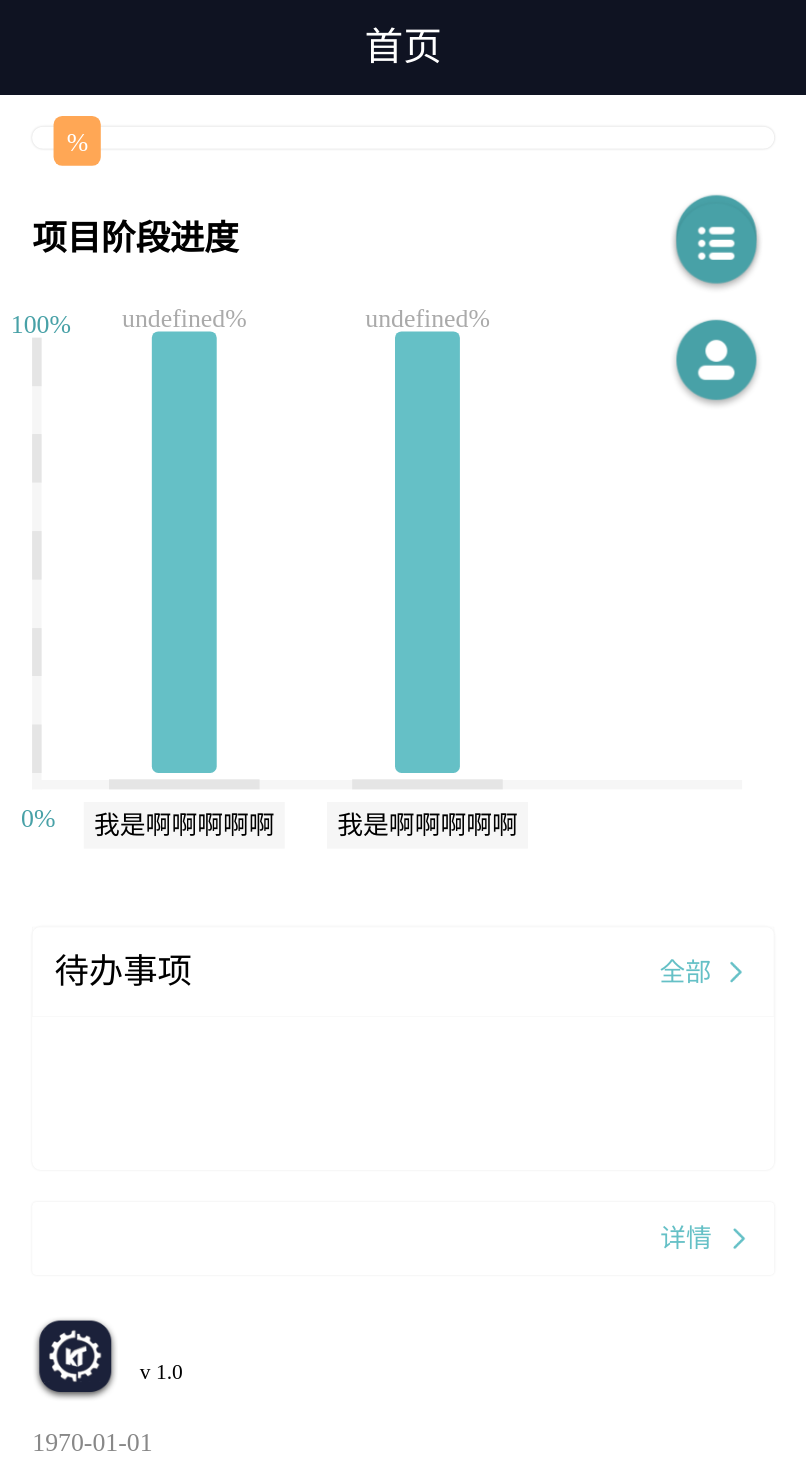
Repository: 421538074/idash.top
Page: index.html
The author's editor kept a copy of each file at every save. The page is drawn from the files as they stood at one save, then again after the next save.
The browser window is 1280 px wide. The pictures show the whole page, at 63% of full size.
The page's requests for data from a server got no answer.

Above is the page before, as saved 2019-05-20 17:30:21.

### index.html
<!DOCTYPE html>
<html lang="en">

<head>
    <meta charset="UTF-8">
    <meta content="width=device-width, initial-scale=1.0, maximum-scale=1.0, user-scalable=0;" name="viewport" />
    <meta http-equiv="X-UA-Compatible" content="ie=edge">
    <title>客户查询系统</title>
    <link rel="stylesheet" href="css/components.css">
    <link rel="stylesheet" href="css/reset.css">
    <link rel="stylesheet" href="css/index.css?v=1.0.0">
</head>

<body>
    <div id="app" v-cloak>
        <div class="index_header">
            <span>首页</span>
        </div>
        <cy-bar :num="rate +'%'"></cy-bar>
        <div class="sheet">
            <h4>项目阶段进度</h4>
            <div id="project-progress">
                <cp-cylind :percent-list="percentList" @go-detail="goDetail(arguments)"></cp-cylind>
            </div>
        </div>

        <div class="nav">
            <div class="nav_top">
                <p v-cloak>待办事项</p>
                <div class="nav_top_more" @click="projectDetail">
                    <span>全部</span>
                    <img src="img/右.png" alt="">
                </div>
            </div>
            <div class="nav_bot">
                <ul class="uu">
                    <li class="lis" v-for="(item,index) in arr">
                        <span></span>
                        <span class="liSpan" v-cloak>【{{item.process}}】<i>{{item.handle_status==1?"待处理":"完成"}}</i>-{{item.question}}</span>
                    </li>
                </ul>
                <div class="index_one">暂无待办事项</div>
            </div>
        </div>
        <div class="project-info-wrapper">
            <p class="project-title" v-cloak>{{title}}</p>
            <a href="javascript:;" @click="goInfo" class="project-detail">详情</a>
            <img src="img/右.png" class="arrow-right">
        </div>
        <div class="content">
            <div class="content_logo">
                <img src="img/logo.png" alt="">
                <span>v 1.0</span>
            </div>
            <p v-cloak>{{title}}</p>
            <p v-cloak>{{end_time | filterTime}}</p>

        </div>

        <div class="content_title" @click="requireChange">
        </div>
        <div class="content_btn">
            <p @click="goIndex"></p>
            <p @click="goUser"></p>
        </div>
    </div>
</body>
<script src="js/jquery.min.js"></script>
<script src="js/development/vue.js"></script>
<script src="js/components.js"></script>
<script src="js/api.js"></script>
<script src="js/index.js"></script>
<script src="http://res.wx.qq.com/open/js/jweixin-1.2.0.js"></script>
</html>

### css/components.css
* {
    -webkit-box-sizing: border-box;
    box-sizing: border-box;
}

[v-cloak] {
    display: none;
}

html,
body {
    font-size: calc(100vw / 25);
    background-color: #FFFFFF;
}

/**
*根组件app
*/
.container {
    padding: 1rem;
    line-height: 1rem;
}

/**
*返回键
*/
button.cp-back {
    border: none;
    background: url(../img/back1.png) no-repeat;
    background-size: 100%;
    width: 4rem;
    height: 4rem;
    display: -webkit-box;
    display: -ms-flexbox;
    display: flex;
    -webkit-box-align: center;
    -ms-flex-align: center;
    align-items: center;
    -webkit-box-pack: center;
    -ms-flex-pack: center;
    justify-content: center;
    position: fixed;
    left: 1rem;
    bottom: 1rem;
    outline: 0;
}

/**
*tab页
*/
ul.cp-tabbar {
    display: block;
    overflow-x: scroll;
    overflow-y: hidden;
    white-space: nowrap;
}

ul.cp-tabbar::-webkit-scrollbar {
    width: 0;
    height: 0;
}

li.cp-tabbar-item {
    background: #f6f6f6;
    color: #888888;
    padding: 0.8rem 1.2rem;
    border-radius: 0.5rem;
    font-size: 1rem;
    display: inline-block;
}

li.cp-tabbar-item.active {
    background: #65c0c6;
    color: #FFFFFF;
}

li.cp-tabbar-item:not(:first-child) {
    margin-left: 1rem;
}

/**
*项目列表
*/
ul.cp-list::-webkit-scrollbar {
    width: 0;
    height: 0;
}

ul.cp-list {
    height: calc(100vh - 5.2rem);
    overflow: scroll;
    margin-top: 0.2rem;
    padding: 0.2rem;
}

li.cp-list-item {
    display: -webkit-box;
    display: -ms-flexbox;
    display: flex;
    -webkit-box-align: center;
    -ms-flex-align: center;
    align-items: center;
}

img.item-icon {
    width: 2.5em;
}

li.cp-list-item.arrow-right {
    background: url(../img/arrow-right.png) no-repeat;
    background-position: 98%;
    background-size: 0.8em;
    padding: 1em 0.5em;
    -webkit-box-shadow: 0 0 4px 0 rgba(0, 0, 0, 0.20);
    box-shadow: 0 0 4px 0 rgba(0, 0, 0, 0.20);
    border-radius: 0.5em;
    margin-top: 1em;
}

li.cp-list-item:active {
    background-color: #f6f6f6;
}

p.item-title {
    font-size: 1.2em;
    padding-left: 1em;
    overflow: hidden;
    text-overflow: ellipsis;
    line-height: 1.5em;
    white-space: nowrap;
    padding-right: 1em;
}

/**
*柱形图
*/
.cp-cylind {
    width: 100%;
    height: 14em;
    position: relative;
    border: 0.3em solid #f6f6f6;
    border-top: 0;
    border-right: 0;
    border-color: #f6f6f6;
}

.cp-cylind-bottom {
    position: absolute;
    line-height: 0;
    height: 0.3em;
    bottom: -0.2em;
    width: 100%;
}

.cp-cylind-bottom-thumb {
    width: 8%;
    background-color: #e5e5e5;
    height: 100%;
    display: inline-block;
    margin-left: 6%;
}

.cp-cylind-left {
    height: 100%;
    width: 0.3em;
    position: absolute;
    left: -0.3em;
    top: 0;
}

.cp-cylind-left-thumb {
    width: 100%;
    height: 1.5em;
    margin-bottom: 1.5em;
    background: #e5e5e5;
    display: block;
}

span.cp-cylind-per-top {
    position: absolute;
    left: -1.2em;
    z-index: 11;
    top: -1em;
    color: #48A1A7;
    font-size: 0.8em;
    line-height: 1em;
}

span.cp-cylind-per-bottom {
    position: absolute;
    bottom: -2em;
    left: -0.8em;
    color: #48A1A7;
    font-size: 0.8em;
    line-height: 1em;
}

.cp-cylind-chart-scroll-container {
    height: 17em;
    top: -1em;
    position: relative;
    overflow: hidden;
    overflow-x: scroll;
    white-space: nowrap;
}

.cp-cylind-chart-item {
    display: inline-block;
    margin-left: 6%;
    height: 100%;
    text-align: center;
}

.cp-cylind-item-percent {
    height: 100%;
    background: #65C0C6;
    width: 75%;
    border-radius: 0.2em;
    max-width: 8vw;
}

.cp-cylind-item-container {
    height: 14.5em;
    display: flex;
    flex-direction: column;
    justify-content: flex-end;
    align-items: center;
}

.cp-cylind-thumb {
    width: 75%;
    height: 0.3em;
    background: #e5e5e5;
    margin: 0 auto;
    margin-top: 0.2em;

}

.cp-cylind-chart-scroll-container::-webkit-scrollbar {
    width: 0;
    height: 0;
}

.cp-cylind-item-title {
    display: inline-block;
    background: #F6F6F6;
    padding: 0.4em;
    font-size: 0.8em;
    margin-top: 0.5em;
}

span.cp-cylind-item-percent-title {
    font-size: 0.8em;
    color: #AAAAAA;
}

span.cp-cylind-item-percent-title.not-full {
    color: #000000;
}

### css/reset.css
/* http://meyerweb.com/eric/tools/css/reset/
   v2.0 | 20110126
   License: none (public domain)
*/

html,
body,
div,
span,
applet,
object,
iframe,
h1,
h2,
h3,
h4,
h5,
h6,
p,
blockquote,
pre,
a,
abbr,
acronym,
address,
big,
cite,
code,
del,
dfn,
em,
img,
ins,
kbd,
q,
s,
samp,
small,
strike,
strong,
sub,
sup,
tt,
var,
b,
u,
i,
center,
dl,
dt,
dd,
ol,
ul,
li,
fieldset,
form,
label,
legend,
table,
caption,
tbody,
tfoot,
thead,
tr,
th,
td,
article,
aside,
canvas,
details,
embed,
figure,
figcaption,
footer,
header,
hgroup,
menu,
nav,
output,
ruby,
section,
summary,
time,
mark,
audio,
video {
	margin: 0;
	padding: 0;
	border: 0;
	font-size: 100%;
	font: inherit;
	vertical-align: baseline;
}

/* HTML5 display-role reset for older browsers */
article,
aside,
details,
figcaption,
figure,
footer,
header,
hgroup,
menu,
nav,
section {
	display: block;
}

body {
	line-height: 1;
}

ol,
ul {
	list-style: none;
}

blockquote,
q {
	quotes: none;
}

blockquote:before,
blockquote:after,
q:before,
q:after {
	content: '';
	content: none;
}

table {
	border-collapse: collapse;
	border-spacing: 0;
}




* {
	padding: 0;
	margin: 0;
	list-style: none;
}

html,
body {
	-moz-user-select: none;
	-khtml-user-select: none;
	user-select: none;
	background: white;
}

body,
html {
	font-size: calc(100vw / 3.75);
}


[v-cloak] {
	display: none;
}

### css/index.css
.index_header {
    height: 0.44rem;
    font-size: 0.18rem;
    color: white;
    text-align: center;
    line-height: 0.44rem;
    background: #0F1322;
    position: fixed;
    top: 0;
    width: 100%;
    z-index: 111;
}


/* 图表 */
.sheet {
    width: 3.6rem;
    height: 3.31rem;
}

.nav {
    width: 3.45rem;
    height: 1.13rem;
    background: rgba(255, 255, 255, 1);
    box-shadow: 0px 0px 4px 0px rgba(0, 0, 0, 0.1);
    border-radius: 0.04rem;
    margin: 0 auto;
}

.nav_top {
    height: 0.42em;
    display: flex;
    align-items: center;
    justify-content: space-between;
    border: 1px solid #F6F6F6;
}

.nav_top p {
    font-size: 0.16rem;
    font-family: PingFangSC-Medium;
    font-weight: 500;
    color: rgba(0, 0, 0, 1);
    line-height: 0.22rem;
    margin-left: 0.1rem;
}

.nav_top_more {
    font-size: 0.12rem;
    margin-right: 0.11rem;
    display: flex;
    align-items: center;
}

.nav_top_more span {
    font-size: 0.12rem;
    font-family: PingFangSC-Regular;
    font-weight: 400;
    color: rgba(101, 192, 198, 1);
    line-height: 0.17rem;
    margin-right: 0.04rem;
}

.nav_top_more img {
    width: 0.14rem;
    height: 0.14rem;
}


.nav_bot ul {
    padding: 0.1rem 0 0 0.1rem;
}

.nav_bot ul li {
    font-size: 0.14rem;
    font-family: PingFangSC-Regular;
    font-weight: 400;
    color: rgba(136, 136, 136, 1);
    line-height: 0.2rem;
    margin-bottom: 0.1rem;
    display: flex;
    align-items: center;
}

.nav_bot ul li span:nth-child(1) {
    display: inline-block;
    width: 0.08rem;
    height: 0.08rem;
    background: rgba(255, 167, 85, 1);
    border-radius: 0.02rem;
    margin-right: 0.1rem;
}

/* content */
.content {
    margin: 0.19rem 0 0 0.15rem;
}

.content_logo {
    font-size: 0.1rem;
    position: relative;
    height: 0.4rem;
}

.content_logo img {
    width: 0.4rem;
    height: 0.4rem;
    border-radius: 0.06rem;
}

.content_logo span {
    font-size: 0.1rem;
    font-family: PingFangSC-Regular;
    font-weight: 400;
    color: rgba(0, 0, 0, 1);
    line-height: 0.14rem;
    position: absolute;
    top: 0.19rem;
    left: 0.5rem;
}

.content p:nth-child(2) {
    font-size: 0.16rem;
    font-family: PingFangSC-Regular;
    font-weight: 400;
    color: rgba(0, 0, 0, 1);
    line-height: 0.25rem;
    margin-top: 0.1rem;
}

.content p:nth-child(3) {
    font-size: 0.12rem;
    font-family: PingFangSC-Regular;
    font-weight: 400;
    color: #888888;
    line-height: 0.17rem;
}

.content_pre {
    background: #ffffff;
    box-shadow: 0 0 4px 0 rgba(0, 0, 0, 0.20);
    border-radius: 0.27rem;
    width: 3.45rem;
    height: 0.1rem;
    /* position: relative; */
    /* display: flex; */

}

.content_bar {
    width: 0%;
    height: 0.1rem;
    border-radius: 0.1rem;
    background: #86d4d9;
    border-radius: 0.27rem;
    float: left;
}

.content_bot {
    display: flex;
    margin: 0.59rem 0.15rem 0.31rem 0.15rem;
}

.content_bot span {
    font-size: 0.12rem;
    font-family: PingFangSC-Medium;
    font-weight: 500;
    color: white;
    margin: 0 0 0 0.1rem;
    float: left;
    background: #ffa755;
    border-radius: 0.04rem;
    text-align: center;
    line-height: 0.2rem;
    padding: 0.02rem 0.06rem 0.01rem 0.06rem;
    position: relative;
    top: -0.05rem;
}

.content_btn {
    position: fixed;
    right: 0.2rem;
    bottom: 0.2rem;
}

.content_btn p:nth-child(1) {
    width: 0.44rem;
    height: 0.44rem;
    background: url(../img/下拉.png)no-repeat;
    background-size: 100% 100%;
}

.content_btn p:nth-child(2) {
    width: 0.44rem;
    height: 0.44rem;
    background: url(../img/个人信息.png)no-repeat;
    background-size: 100% 100%;
    margin-top: 0.1rem;
}

.content_title {
    width: 0.44rem;
    height: 0.44rem;
    background: url(../img/文件.png)no-repeat;
    background-size: 100% 100%;
    position: fixed;
    right: 0.2rem;
    top: 0.89rem;
}


div#project-progress {
    font-size: calc(100vw / 25);
    padding: 1em;
}

.sheet h4 {
    font-size: 0.16rem;
    font-family: PingFangSC-Medium;
    font-weight: 600;
    color: rgba(0, 0, 0, 1);
    line-height: 0.22rem;
    margin: 0 0 0.2rem 0.15rem;
}

.uu .lis .liSpan i {
    color: red;
}

.liSpan {
    width: 2.5rem;
    overflow: hidden;
    text-overflow: ellipsis;
    white-space: nowrap;
}


.index_one {
    font-size: 0.16rem;
    color: gray;
    text-align: center;
    margin-top: 0.22rem;
    display: none;
}


.infor {
    font-family: PingFangSC-Regular;
    font-size: 0.12rem;
    color: #ffffff;
    text-align: left;
    background: #ffa755;
    border-radius: 0.04rem;
    padding: 0.02rem 0.06rem;
    margin-right: 0.07rem;
}
.project-info-wrapper {
    display: flex;
    align-items: center;
    justify-content: space-between;
    box-shadow: 0px 0px 4px 0px rgba(0, 0, 0, 0.1);
    padding: 0.1rem;
    margin: 0.15rem;
    border-radius: 0.02rem;
}
p.project-title {
    color: #000000;
    font-size: 0.16rem;
}
a.project-detail {
    font-size: 0.12rem;
    font-family: PingFangSC-Regular;
    font-weight: 400;
    color: rgba(101, 192, 198, 1);
    line-height: 0.17rem;
    margin-right: 0.04rem;
    text-decoration: none;
    position: absolute;
    right: 0.4rem;
}
img.arrow-right {
    width: 0.14rem;
    height: 0.14rem;
}

### js/components.js
//返回键
const backButton = {
    name: 'cp-back',
    template: `
        <button class="cp-back" @click="goBack"></button>
    `,
    methods: {
        goBack() {
            history.go(-1);
        }
    }
};

//tab页
const tabBar = {
    name: 'cp-tabbar',
    props: ['bar-list'],
    template: `
        <ul class="cp-tabbar">
            <li v-for="(item,index) in barList" v-cloak :key="item.id" @click="switchTab(index,item.id)" :class="{'cp-tabbar-item':true,active:index == currentIndex}"> {{item.process}} </li>
        </ul>
    `,
    data() {
        return {
            currentIndex: 0,
        }
    },
    methods: {
        switchTab(index, id) {
            console.log(index)
            if (index != this.currentIndex) {
                this.currentIndex = index;
                this.$emit('get-list', id);
            }
        }
    },
    created() {
        if (sessionStorage.getItem('numId') == null) {
            this.currentIndex = 0
        } else {
            this.currentIndex = sessionStorage.getItem('numId')
        }

    }
}


//列表
const itemList = {
    name: 'cp-itemlist',
    props: ['item-list', 'icon'],
    template: `
        <ul class="cp-list">
            <li @click="getDetail(item.id,$event)" v-for="(item,index) in itemList" class="cp-list-item arrow-right">
                <img :src="icon" class="item-icon"/>
                <p v-cloak class="item-title">{{item.title}}</p>
            </li>
        </ul>
    `,
    data() {
        return {
            tempList: this.itemList
        }
    },
    methods: {
        getDetail(itemId) {

        }
    },
    watch: {
        tempList() {
            this.$emit('scroll-to-top', document.querySelector('.cp-list'));
        }
    },
}

//柱形图
const cylindricalGraph = {
    name: 'cp-cylind',
    props: ['percentList'],
    template: `
        <div class="cp-cylind">
            <span class="cp-cylind-per-top">100%</span>
            <div class="cp-cylind-chart-scroll-container">
                <div class="cp-cylind-chart-item" v-for="(item,index) in percentList">
                    <div class="cp-cylind-item-container">
                        <span class="cp-cylind-item-percent-title" :class="{'not-full':parseInt(item.percent) < 100}" v-cloak>{{item.percent+'%'}}</span>
                        <div class="cp-cylind-item-percent" :style="item.percent+'%' | filterHeight"></div>
                    </div>
                    <div class="cp-cylind-thumb"></div>
                    <div @click="goDetail(item.id,index)" class="cp-cylind-item-title" v-cloak>{{item.process}}</div>
                </div>
            </div>
            <div class="cp-cylind-left">
                <div v-for="n in 5" class="cp-cylind-left-thumb"></div>
            </div>
            <span class="cp-cylind-per-bottom">0%</span>
        </div>
    `,
    data() {
        return {

        }
    },
    methods: {
        goDetail(id, index) {
            this.$emit("go-detail", id, index)
        }
    },
    filters: {
        filterHeight(chartHeight) {
            if (chartHeight == '0%') {
                chartHeight = '2%';
            }
            return {
                height: `${chartHeight}`
            }
        }
    }
}





// 进度条
const projectBar = {
    name: 'cy-bar',
    props: ['num'],
    template: `
    <div class="content_bot">
        <div class="content_pre">
            <div class="content_bar"  :style="num | filterWidth"></div>
            <span>{{num}}</span>
        </div>
    </div>
    `,
    data() {
        return {}
    },
    filters: {
        filterWidth(chartWidth) {
            if (chartWidth == '0%') {
                chartWidth = '0%';
            }
            return {
                width: `${chartWidth}`
            }
        }
    }
}


// indexList
const Bar = {
    name: 'cy-bar',
    props: ['bar'],
    template: `
    <div class="process_wrap">
        <div class="process">
            <div class="bar"  :style="bar | filterWidth"></div>
            <span class="per">{{bar}}</span>
        </div>
    </div>
    `,
    data() {
        return {}
    },
    filters: {
        filterWidth(chartWidth) {
            if (chartWidth == '0%') {
                chartWidth = '0%';
            }
            return {
                width: `${chartWidth}`
            }
        }
    },
}



// projectDetail
const project = {
    name: 'cy-project',
    props: ['bar'],
    template: `
    <div class="project_per">
            <div class="bar"  :style="bar | filterWidth"></div>
            <span >{{bar}}</span>
    </div>
    `,
    data() {
        return {}
    },
    filters: {
        filterWidth(chartWidth) {
            if (chartWidth == '0%') {
                chartWidth = '0%';
            }
            return {
                width: `${chartWidth}`
            }
        }
    },
}



























































//===================================other functoin=====================================
/**
 * 滚动到顶部方法
 */
function scrollToTop(e) {
    const scrollTop = e.scrollTop;
    const interval = setInterval(function () {
        if (e.scrollTop <= 0) {
            clearInterval(interval);
            return;
        }
        e.scrollTop -= scrollTop / 5;
    }, 20);
}

### js/api.js
var api = "http://program.pzhkj.cn/index/api/kangtian"





function getUrlKey(name) {
    return decodeURIComponent((new RegExp('[?|&]' + name + '=' + '([^&;]+?)(&|#|;|$)').exec(location.href) || [, ""])[1].replace(/\+/g, '%20')) || null
}

### js/index.js
var xm = new Vue({
    el: "#app",
    data: {
        id: '',
        title: '',
        start_time: '',
        end_time: '',
        demand: '',
        graph: '',
        design: '',
        fronted: '',
        backer: '',
        test: '',
        check: '',
        percentList: [{process:'我是啊啊啊啊啊'},{process:'我是啊啊啊啊啊'}],
        rate: '',
        arr: '',
        staus: ['需求', '原型', '设计', '前端', '后台', '测试', '验收']
    },
    methods: {
        goUser() {
            window.location.href = "userInfo.html"
        },
        goIndex() {
            window.location.href = "indexList.html"
        },
        projectDetail() {
            var Pid = this.percentList[0].id
            if (getUrlKey('program_id') == null) {
                this.program_id = 10
            } else {
                this.program_id = getUrlKey('program_id')
            }
            window.location.href = `projectDetail.html?program_id=${this.program_id}&process_id=${Pid}`
        },
        requireChange() {
            if (getUrlKey('program_id') == null) {
                this.program_id = 10
            } else {
                this.program_id = getUrlKey('program_id')
            }
            window.location.href = `projectDetail1.html?program_id=${this.program_id}`
        },

        goDetail(id) {
            var process_id = id[0]
            var ids = id[1]
            sessionStorage.setItem('numId', ids)
            console.log(id[1])
            window.location.href = `projectDetail.html?program_id=${this.program_id}&process_id=${process_id}`
        },
        goInfo() { //跳转项目信息
            window.location.href = "info.html?program_id=" + getUrlKey('program_id')
        }
    },
    components: {
        "cp-cylind": cylindricalGraph,
        "cy-bar": projectBar,
    },
    filters: {
        filterTime(time) {
            var date = new Date(time * 1000);
            var year = date.getFullYear();
            var month = date.getMonth() + 1;
            var day = date.getDate();
            if (month < 10) {
                month = "0" + month;
            }
            if (day < 10) {
                day = "0" + day;
            }
            return year + "-" + month + "-" + day;
        }
    },
    created() {
        if (getUrlKey('program_id') == null) {
            this.program_id = 10
        } else {
            this.program_id = getUrlKey('program_id')
        }
        var that = this
        $.ajax({
            type: "post",
            url: `${api}/index/api/myProgram`,
            async: true,
            data: {
                program_id: this.program_id,
            },
            dataType: 'json',
            success: function (res) {
                console.log(res)
                that.percentList = res.data.process  //需求

                that.arr = res.data.backlog
                that.title = res.data.title
                that.start_time = res.data.start_time
                that.end_time = res.data.end_time
                that.demand = res.data.demand
                that.graph = res.data.graph
                that.design = res.data.design
                that.fronted = res.data.fronted
                that.backer = res.data.backer
                that.test = res.data.test
                that.check = res.data.check
                if (that.demand == null && that.graph == null &&
                    that.design == null && that.fronted == null &&
                    that.backer == null && that.test == null &&
                    that.check == null
                ) {
                    that.demand = 0
                    that.graph = 0
                    that.design = 0
                    that.fronted = 0
                    that.backer = 0
                    that.test = 0
                    that.check = 0
                }
                that.rate = res.data.rate

                if (that.content == '' || null) {
                    $('.lis').css("display", "none")
                }
                if (that.question == '' || null) {
                    $('.lis1').css("display", "none")
                }
                if (res.data.backlog.length == 0) {
                    $('.index_one').css("display", "block")
                }

            },
            error: function (res) {
                console.log(res)
            }
        });
    }
})

Loaded but not shown: js/jquery.min.js (library); js/development/vue.js (library)

After the next save:
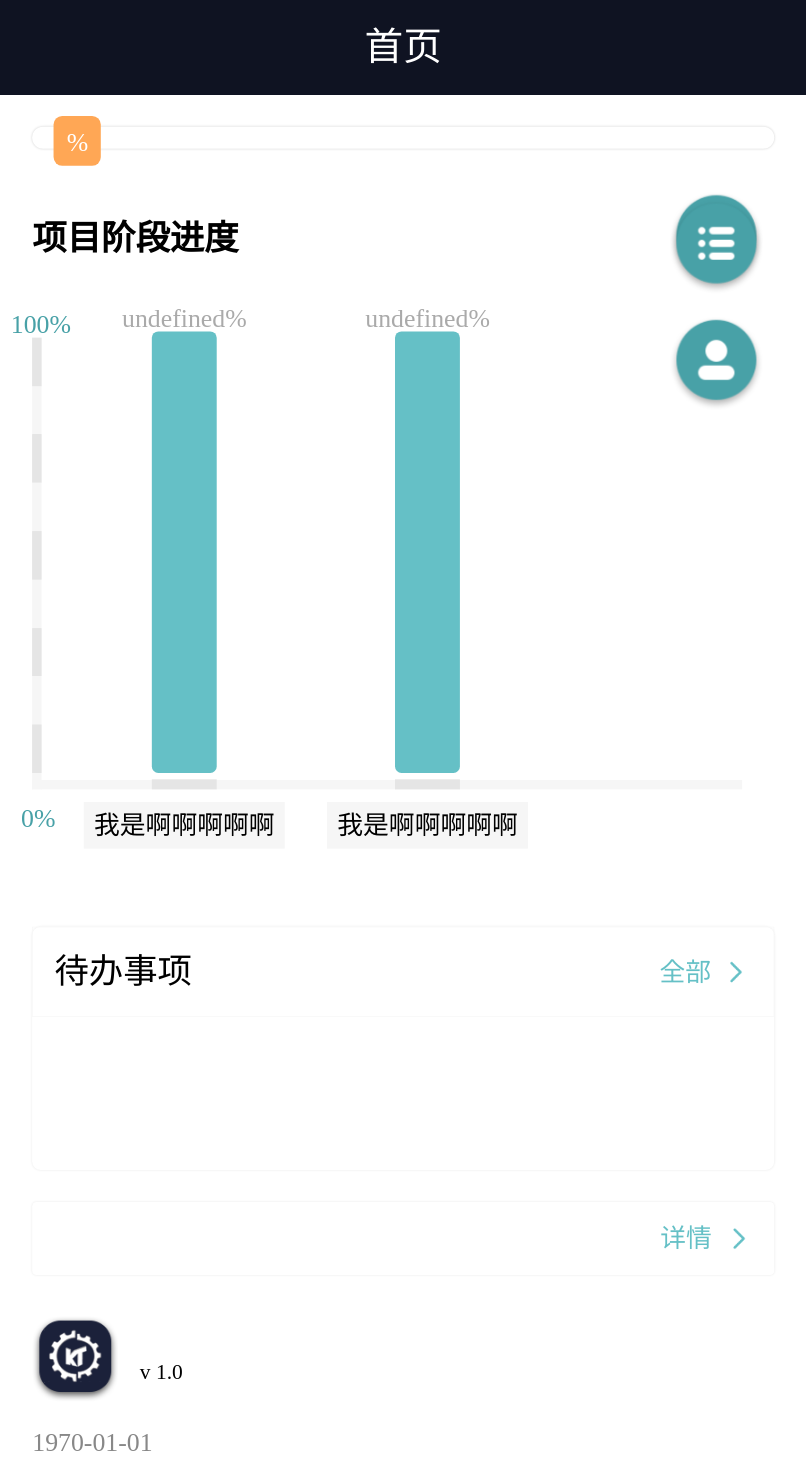
Saved 24 s later.
--- a/css/components.css
+++ b/css/components.css
@@ -233,6 +233,7 @@ span.cp-cylind-per-bottom {
     background: #e5e5e5;
     margin: 0 auto;
     margin-top: 0.2em;
+    max-width: 8vw;
 
 }
 
